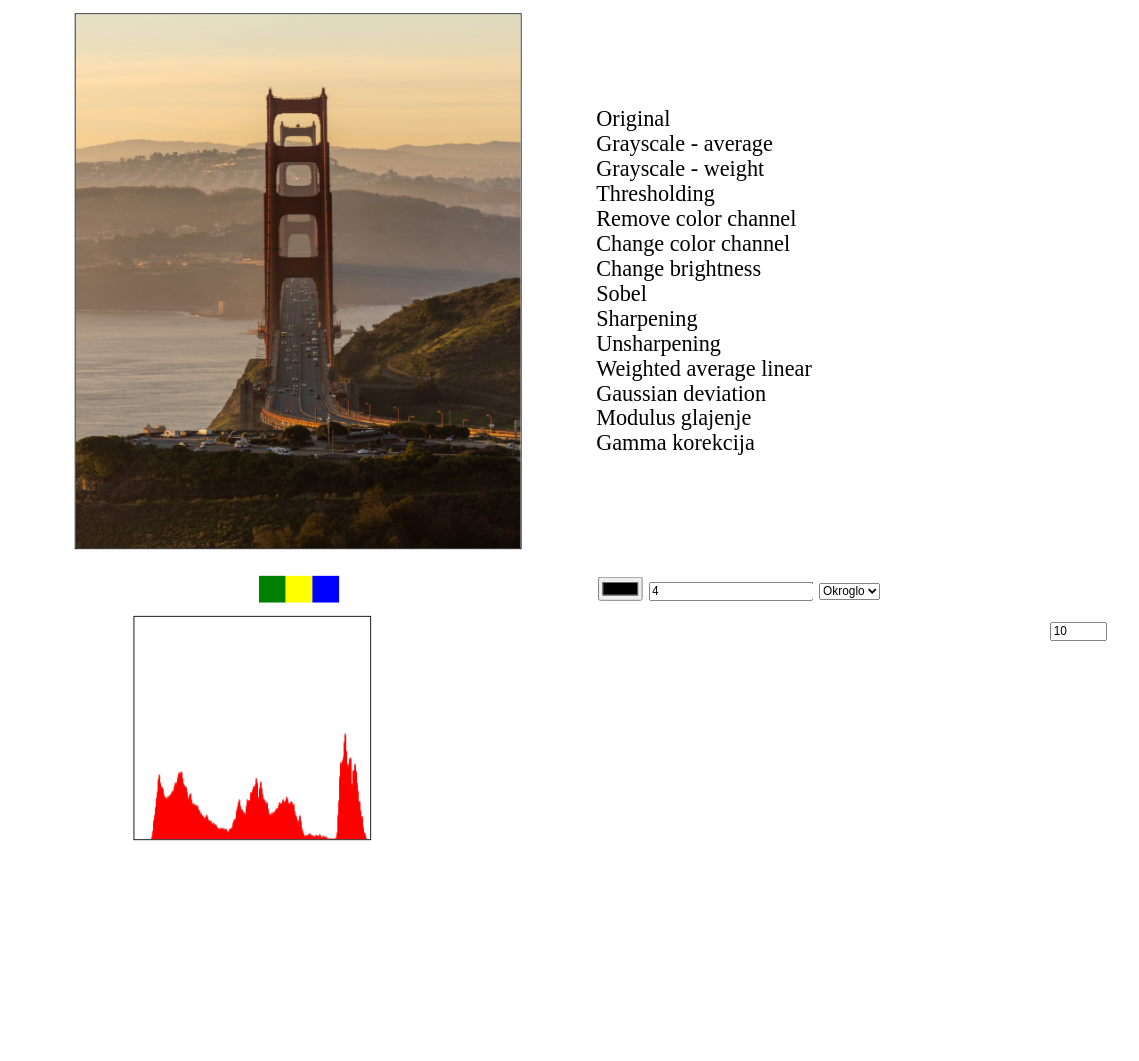
Repository: fussionko/web_photoshop
Page: index.html
An editor plug-in stored every save of this project. The page is shown before and after the next save, followed by the edit.
The browser window is 1280 px wide. The pictures show the whole page, at 89% of full size.

Above is the page before, as saved 2022-04-28 14:44:35.

After the next save:
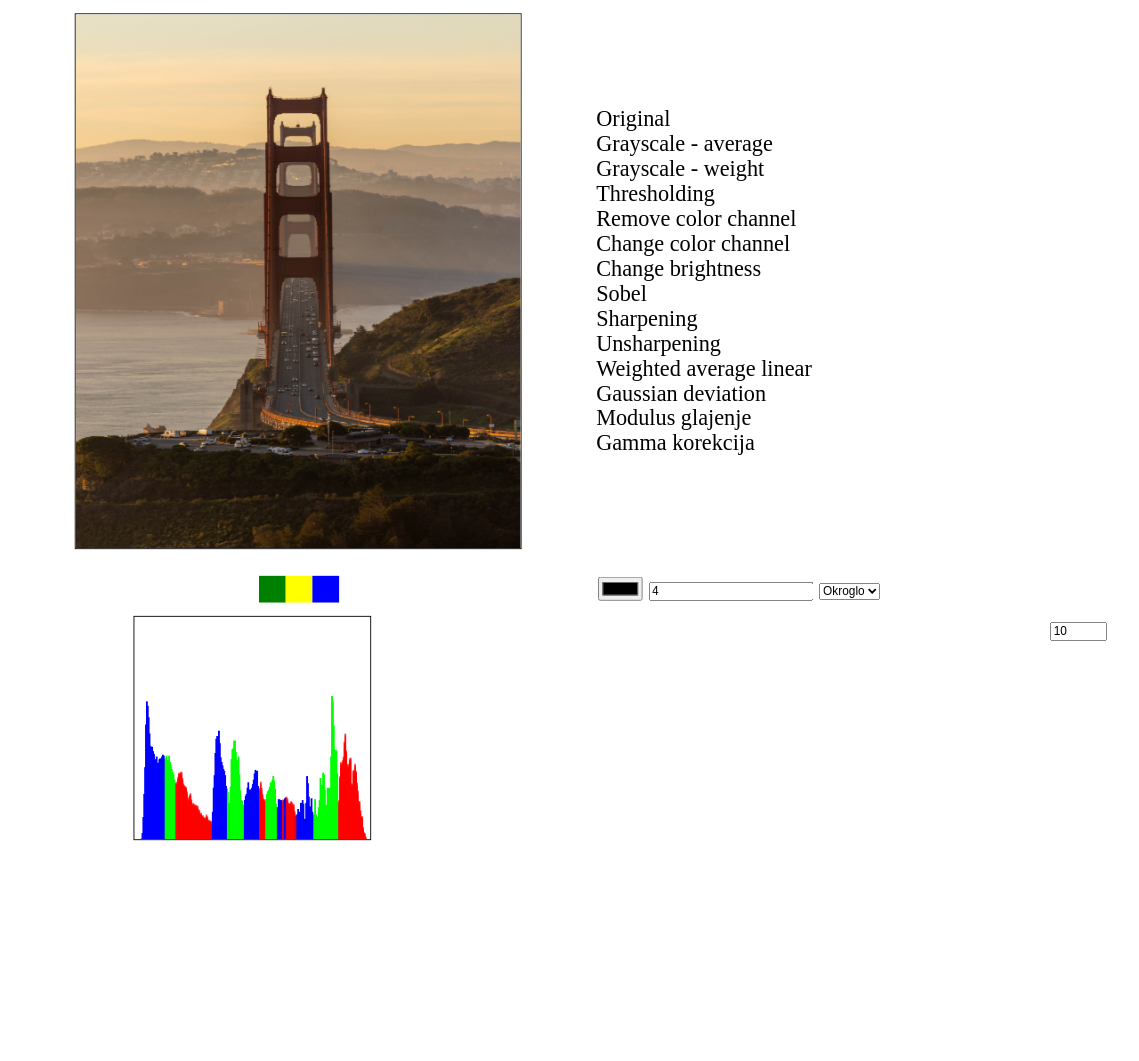
Saved 74 s later.
--- a/graph.js
+++ b/graph.js
@@ -108,14 +108,38 @@ function draw_graph_animation()
     {
         range = parseInt(range);
 
-        if(i > graph["r"][range]) continue;
+        if(i <= graph["r"][range])
+        {
+            graph_ctx.beginPath();
+            graph_ctx.moveTo(graph_offset+range, graph_height);
+            graph_ctx.strokeStyle = "#FF0000";
+            graph_ctx.lineTo(graph_offset+range, graph_height-i);
+            graph_ctx.stroke();
+            graph_ctx.closePath();
+        }
 
-        graph_ctx.beginPath();
-        graph_ctx.moveTo(graph_offset+range, graph_height);
-        graph_ctx.strokeStyle = "#FF0000";
-        graph_ctx.lineTo(graph_offset+range, graph_height-i);
-        graph_ctx.stroke();
-        graph_ctx.closePath();
+
+        if(i <= graph["g"][range])
+        {
+            graph_ctx.beginPath();
+            graph_ctx.moveTo(graph_offset+range, graph_height);
+            graph_ctx.strokeStyle = "#00FF00";
+            graph_ctx.lineTo(graph_offset+range, graph_height-graph["g"][range]);
+            graph_ctx.stroke();
+            graph_ctx.closePath();
+        }
+
+
+        if(i <= graph["b"][range])
+        {
+            graph_ctx.beginPath();
+            graph_ctx.moveTo(graph_offset+range, graph_height);
+            graph_ctx.strokeStyle = "#0000FF";
+            graph_ctx.lineTo(graph_offset+range, graph_height-graph["b"][range]);
+            graph_ctx.stroke();
+            graph_ctx.closePath();
+        }
+
     }
     if(i == 256)
     {
